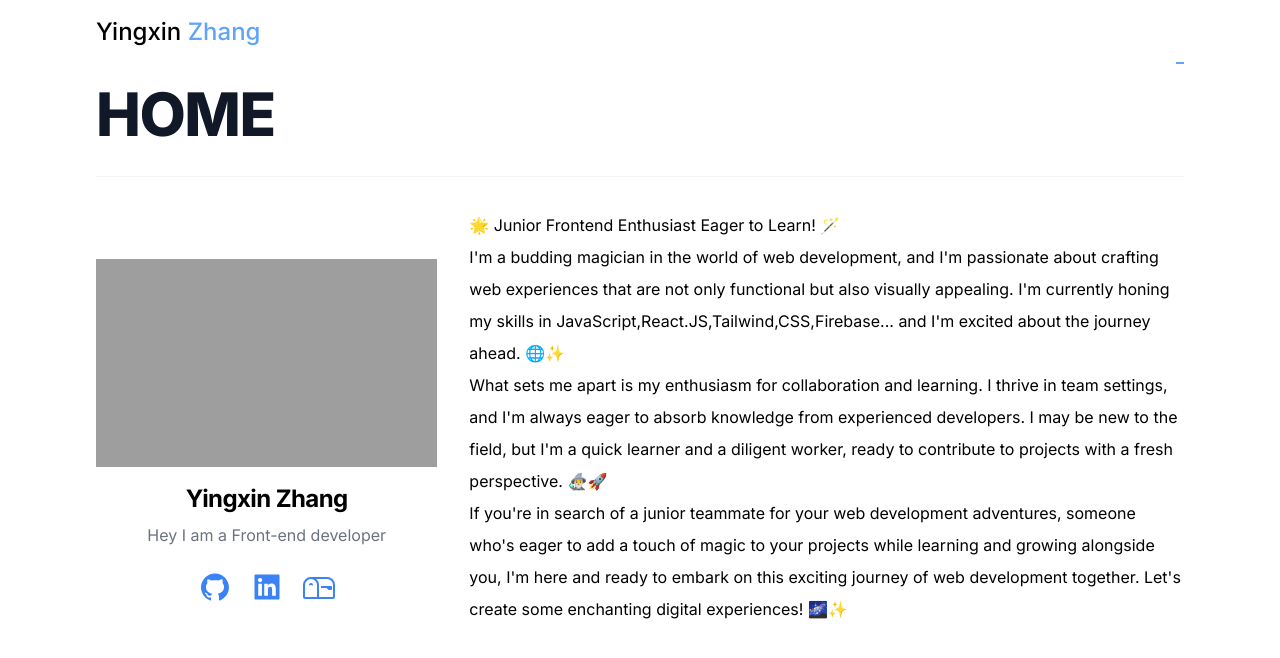
Repository: Tracy-maker/projects_collection
Page: /
An editor plug-in stored every save of this project. The page is shown before and after the next save, followed by the edit.
The browser window is 1280 px wide. The pictures show the whole page.
Pictures or frames that could not be fetched are drawn as grey boxes. The project was rebuilt for these pictures with package versions that can differ from the ones it lists, and the page was loaded fresh each time. The framework's server and built-in components were replaced by stand-ins that run in the browser. Also part of the build but not shown: next.config.js.

Above is the page before, as saved 2023-10-26 15:37:57.

After the next save:
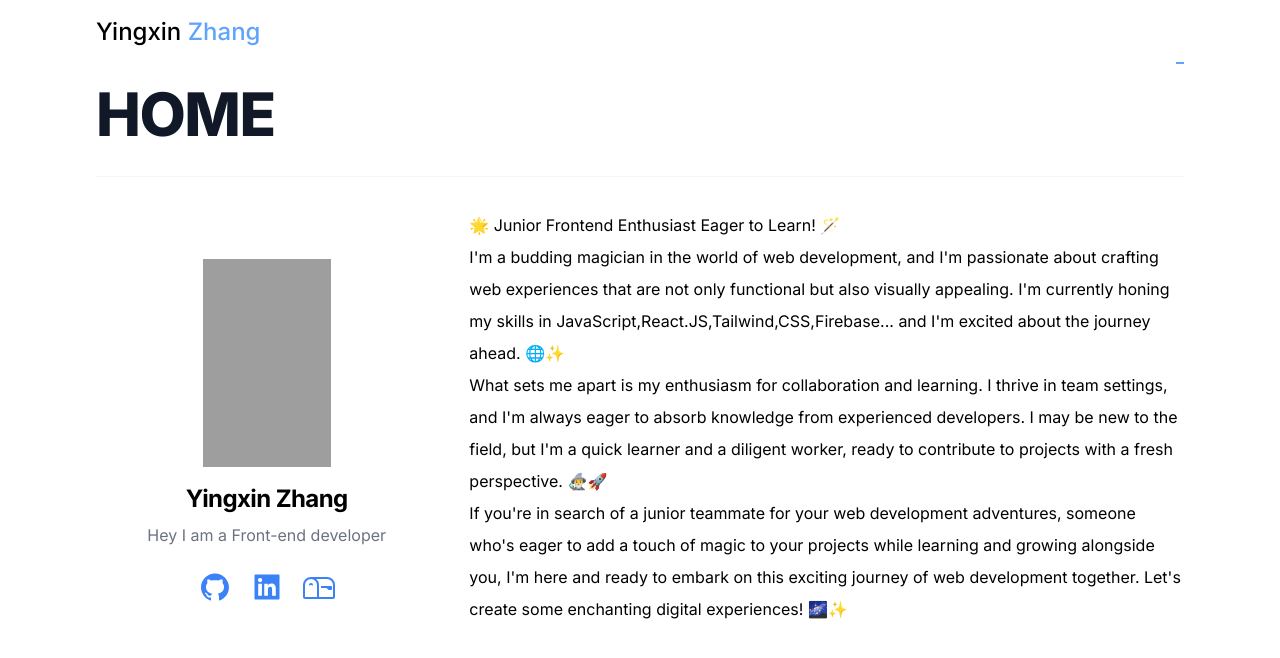
Saved 12 s later.
--- a/app/page.tsx
+++ b/app/page.tsx
@@ -16,7 +16,7 @@ export default function Home() {
             src="https://i.ibb.co/MRHHtS5/Wechat-IMG7.jpg"
             width={900}
             height={900}
-            className="h-52 w-30 object-cover object-top"
+            className="h-52 w-32 object-cover object-top"
           />
           <h3 className="pt-4 pb-2 text-2xl font-bold leading-8 tracking-tight">
             Yingxin Zhang
